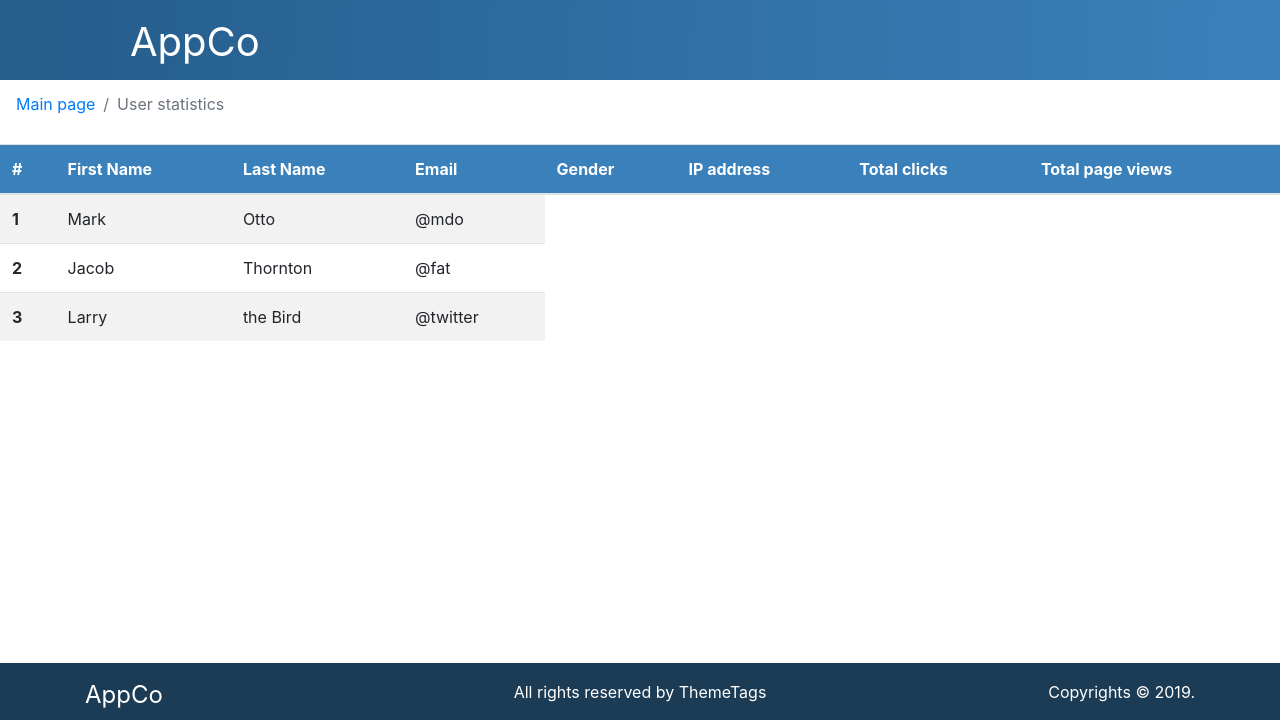
Repository: andbilous/user-statistics-app
Page: /
An editor plug-in stored every save of this project. The page is shown before and after a run of saves, followed by the edit.
The browser window is 1280 px wide. The pictures show the whole page.
The page's requests for data from a server got no answer. The project was rebuilt for these pictures with package versions that can differ from the ones it lists, and the page was loaded fresh each time. No one was signed in, and anything a server would have sent is missing. Also part of the build but not shown: src/components/brainstorming/index.js, src/components/reasons/reasons.scss, src/components/reasons/index.js, src/components/footer/footer.scss, src/components/footer/index.js, src/pages/Main.jsx.

Above is the page before, as saved 2020-06-22 11:24:09.

### src/App.js
import React from 'react';
import Main from './pages/Main';
import Stats from './pages/Stats';
import './App.scss';

function App() {
  return (
    <div className="App">
      <Stats/>
    </div>
  );
}

export default App;

### src/pages/Stats.jsx
import React, { useEffect, useState } from "react";
import Header from "../components/Header";
import axios from "axios";
import { Table, Breadcrumb, BreadcrumbItem } from "reactstrap";
import PlainFooter from "../components/plain-footer";

const Stats = () => {
  const [data, setData] = useState([]);
  const [active, setActive] = useState(1);
  let items = [];
  const fetchData = (startIndex) => {
    axios.get(`http://localhost:5000/users/${startIndex}`).then((res) => {
      setData(res.data.users);
    });
  };

  useEffect(() => {
    fetchData(0);
  }, []);
  return (
    <>
      <Header />
      <Breadcrumb tag="nav" listTag="div">
        <BreadcrumbItem tag="a" href="#">
          Main page
        </BreadcrumbItem>
        <BreadcrumbItem active tag="span">
          User statistics
        </BreadcrumbItem>
      </Breadcrumb>
      <section className="table">
        <Table striped>
          <thead>
            <tr>
              <th>#</th>
              <th>First Name</th>
              <th>Last Name</th>
              <th>Email</th>
              <th>Gender</th>
              <th>IP address</th>
              <th>Total clicks</th>
              <th>Total page views</th>
            </tr>
          </thead>
          <tbody>
            <tr>
              <th scope="row">1</th>
              <td>Mark</td>
              <td>Otto</td>
              <td>@mdo</td>
            </tr>
            <tr>
              <th scope="row">2</th>
              <td>Jacob</td>
              <td>Thornton</td>
              <td>@fat</td>
            </tr>
            <tr>
              <th scope="row">3</th>
              <td>Larry</td>
              <td>the Bird</td>
              <td>@twitter</td>
            </tr>
          </tbody>
        </Table>
      </section>
      <PlainFooter />
    </>
  );
};

export default Stats;

### src/App.scss
body {
  font-family: Montserrat;
  font-style: normal;
  font-weight: normal;
}
img {
  position: relative;
  display: block;
  width: 100%;
}

table {
  thead{
    background: #3A80BA;
    color: #fff;
  }
}

.breadcrumb {
  background-color: #fff !important;
}

### src/components/Header/index.js
import React from 'react';
import './header.scss';
import { Container } from 'reactstrap';


const Header = () => {
    return (
      <header className='header bg-image'>
      <Container>
          <div className='navbar-brand'>
          AppCo
            </div>
      </Container>
      </header>
    )
};

export default Header;

### src/components/plain-footer/index.js
import React from 'react';
import { Container, Row, Col } from 'reactstrap';
import './plain-footer.scss';

const PlainFooter = () => {
    return (
      <footer className='plain-footer'>
        <Container>
          <Row className='justify-content-between'>
          <Col className='col-md' lg='4'>
            <span className='footer-title'>AppCo</span>
          </Col>
          <Col className='col-md text-center' lg='4'>
          <span>All rights reserved by ThemeTags</span>
            </Col>
            <Col className='col-md text-right' lg='4'>
            <span>Copyrights © 2019.</span>
            </Col>
          </Row>
        </Container>
      </footer>
    )
};

export default PlainFooter;

### src/components/Header/header.scss
.header{
  width: 100%;
  height: 80px;
  background: linear-gradient(92.09deg, #255D8B 2.29%, #3A80BA 96.79%);
  .navbar-brand {
    color: #fff;
    font-size: 40px;
    line-height: 49px;
    position: absolute;
    width: 136px;
    height: 49px;
    left: 130px;
    top: 12px;
  }
}

### src/components/brainstorming/brainstorming.scss
.brainstorming {
  background-image: url(/img/bg.png);
  background-repeat: no-repeat;
  background-position: center center;
  background-size: cover;
}
.brainstorming-header {
  font-size: 48px;
  line-height: 59px;
  color: #fff;
  font-style: normal;
  width: 98%;
}
.brainstorming-subheader {
  font-size: 20px;
  line-height: 142%;
  font-weight: normal;
  color: #fff;
  font-style: normal;
  margin-bottom: 32px;
}

.brainstorming-btn {
  width: 154px;
  height: 56px;
  background: #ffffff;
  border-radius: 8px;
  color: #3a80ba;
  font-size: 16px;
  line-height: 142%;
  text-align: center;
  padding: 17px 31px 16px 32px;
}

.mobile {
  width: 321px;
  height: 561px;
  background-image: url(/img/mobile.png);
  background-repeat: no-repeat;
  background-position: center center;
  background-size: cover;
}

.bg-image {
  position: relative;
  width: 100%;
  display: block;
}

### src/components/plain-footer/plain-footer.scss
.plain-footer {
  position: absolute;
  bottom: 0;
  background-color: #1c3b55;
  width: 100%;
  height: 57px;
  color: #fff;
  padding: 17px 17px;
  .span{
    font-size: 16px;
  }
  .footer-title{
    font-size: 24px;
    line-height: 29px;
  }
}

Loaded but not shown: public/index.html (common file); src/index.js (common file); src/serviceWorker.js (common file)

After the next 2 saves:
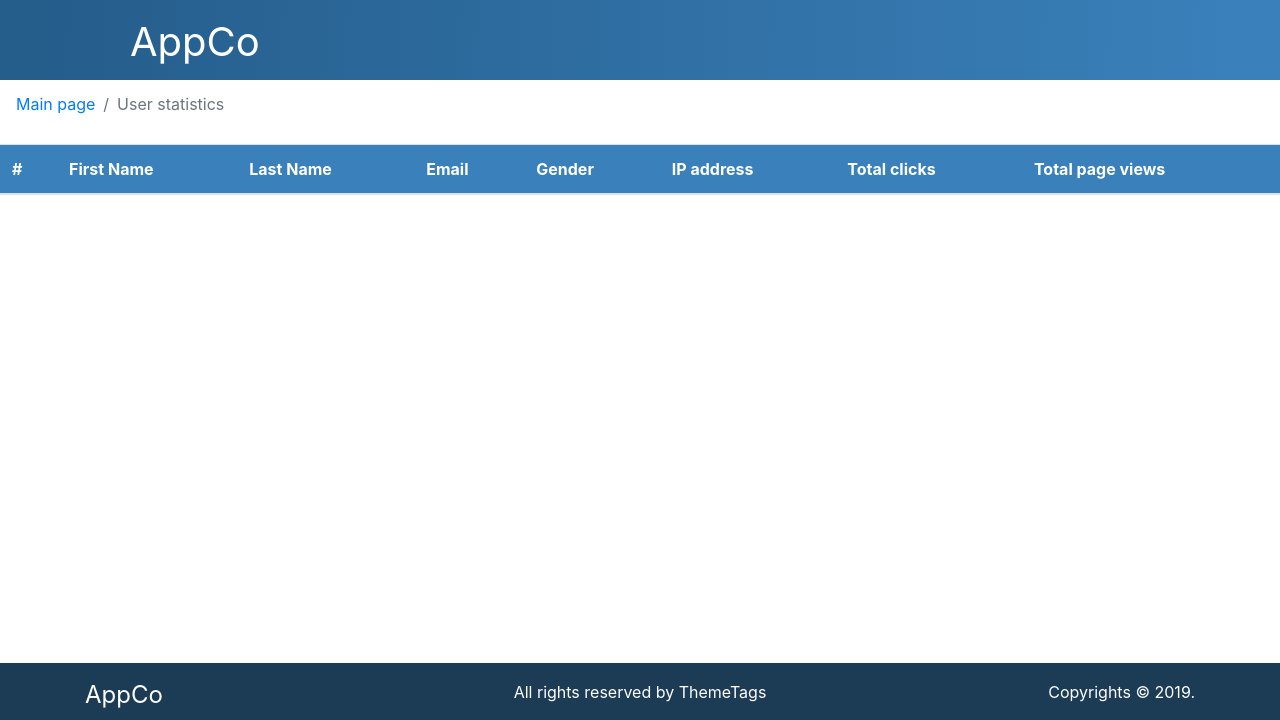
The 2 saves are shown as one change because they came seconds apart.
The last was saved 51 s later.
--- a/src/pages/Stats.jsx
+++ b/src/pages/Stats.jsx
@@ -43,24 +43,7 @@ const Stats = () => {
             </tr>
           </thead>
           <tbody>
-            <tr>
-              <th scope="row">1</th>
-              <td>Mark</td>
-              <td>Otto</td>
-              <td>@mdo</td>
-            </tr>
-            <tr>
-              <th scope="row">2</th>
-              <td>Jacob</td>
-              <td>Thornton</td>
-              <td>@fat</td>
-            </tr>
-            <tr>
-              <th scope="row">3</th>
-              <td>Larry</td>
-              <td>the Bird</td>
-              <td>@twitter</td>
-            </tr>
+
           </tbody>
         </Table>
       </section>
